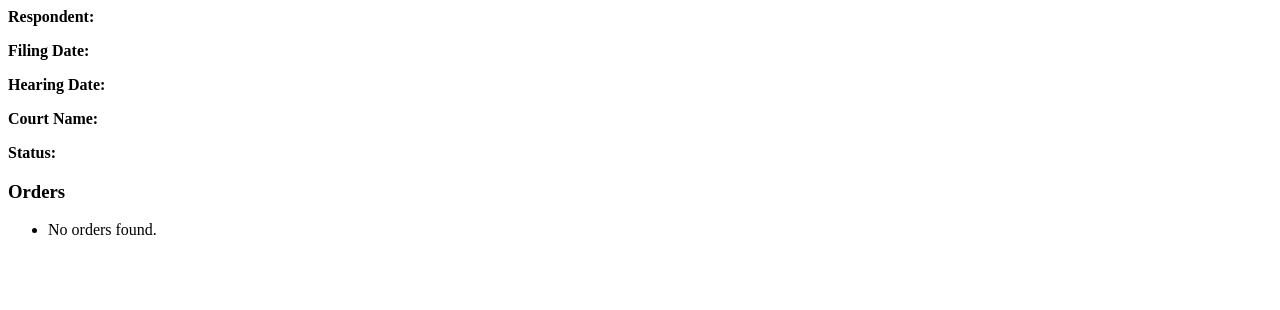
Repository: moatazbenma/Internship_task
Page: http://localhost/results/
These files come from the project's save history. The page is drawn as it stood at one moment and after the next save; the edit follows.
The browser window is 1280 px wide. The pictures show the whole page.
The page is served by the project's application, run on Django 5.2 (court_project/manage.py). Other server files are loaded and not shown.

Above is the page before, as saved 2025-08-02 16:16:15.

### court_projects/court_project/case_search/templates/case_search/search_result.html
<p><strong>Respondent:</strong> {{ case.respondent }}</p>
<p><strong>Filing Date:</strong> {{ case.filing_date }}</p>
<p><strong>Hearing Date:</strong> {{ case.hearing_date }}</p>
<p><strong>Court Name:</strong> {{ case.court_name }}</p>
<p><strong>Status:</strong> {{ case.status }}</p>

<h3>Orders</h3>
<ul>
  {% for order in case.orders.all %}
    <li>
      <strong>{{ order.date }}</strong> - {{ order.summary }}
      [<a href="{{ order.pdf_url }}" target="_blank">View PDF</a>]
    </li>
  {% empty %}
    <li>No orders found.</li>
  {% endfor %}
</ul>

### court_projects/court_project/case_search/views.py
from django.shortcuts import render
from .scraper import scrape_case_details
from case_search.utils import save_scraped_data

def search_form(request):
    return render(request, 'case_search/search_form.html')

def search_view(request):
    cnr = request.GET.get("cnr")

    if not cnr:
        return render(request, "case_search/search_result.html", {"error": "Please enter a valid CNR."})

    data = scrape_case_details(cnr)
    if not data:
        return render(request, "case_search/search_result.html", {"error": "Case not found or parsing error."})

    case = save_scraped_data(data)
    return render(request, "case_search/search_result.html", {"case": case})

### court_projects/court_project/court_project/urls.py
from django.contrib import admin
from django.urls import path, include

urlpatterns = [
    path('admin/', admin.site.urls),
    path('', include('case_search.urls', namespace='case_search')),  # 👈 This is crucial
]

### court_projects/court_project/case_search/urls.py
from django.urls import path
from . import views

app_name = 'case_search'  # Important for namespacing in templates

urlpatterns = [
    path('', views.search_form, name='search_form'),      # form at /
    path('results/', views.search_view, name='search'),         # handles GET & shows results
]

### court_projects/court_project/case_search/scraper.py
import requests
from bs4 import BeautifulSoup

BASE_URL = "https://districts.ecourtsindia.com/CNR/"

def scrape_case_details(cnr_number):
    url = f"{BASE_URL}{cnr_number}"
    response = requests.get(url)

    if response.status_code != 200:
        print(f"Failed to fetch data for {cnr_number}")
        return None

    soup = BeautifulSoup(response.text, "html.parser")

    try:
        card_body = soup.select_one('.info-card .card-body')
        columns = card_body.select('.col-md-6')

        left = columns[0].find_all('p')
        right = columns[1].find_all('p')

        cnr = left[0].text.split(":")[-1].strip()
        case_number = left[1].text.split(":")[-1].strip()
        parties = left[2].text.split(":")[-1].strip()
        filing_date = left[3].text.split(":")[-1].strip()
        registration_date = left[4].text.split(":")[-1].strip()

        court_name = right[0].text.split(":")[-1].strip()
        hearing_date = right[1].text.split(":")[-1].strip()
        status = right[2].text.split(":")[-1].strip()

        petitioner, respondent = parties.split("versus")

        orders = []
        timeline_items = soup.select('.timeline-item')

        for item in timeline_items:
            if 'marker-order' in item.select_one('.timeline-marker')['class']:
                order_date = item.select_one('.event-date').text.strip()
                summary = item.select_one('h6').text.strip()
                pdf_link_tag = item.select_one('a.btn-view-order')
                pdf_url = "https://districts.ecourtsindia.com" + pdf_link_tag['href']

                orders.append({
                    "date": order_date,
                    "summary": summary,
                    "pdf_url": pdf_url
                })

        return {
            "cnr": cnr,
            "case_number": case_number,
            "petitioner": petitioner.strip(),
            "respondent": respondent.strip(),
            "filing_date": filing_date,
            "registration_date": registration_date,
            "hearing_date": hearing_date,
            "court_name": court_name,
            "status": status,
            "orders": orders,
            "raw_html": response.text,
        }

    except Exception as e:
        print(f"Error during parsing: {e}")
        return None

After the next save:
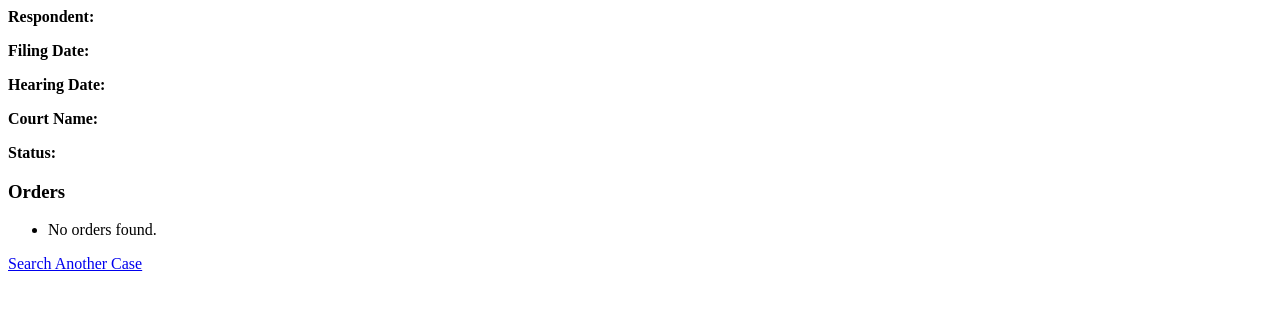
Saved 31 s later.
--- a/court_projects/court_project/case_search/templates/case_search/search_result.html
+++ b/court_projects/court_project/case_search/templates/case_search/search_result.html
@@ -15,3 +15,4 @@
     <li>No orders found.</li>
   {% endfor %}
 </ul>
+<a href="{% url 'case_search:search' %}">Search Another Case</a>
